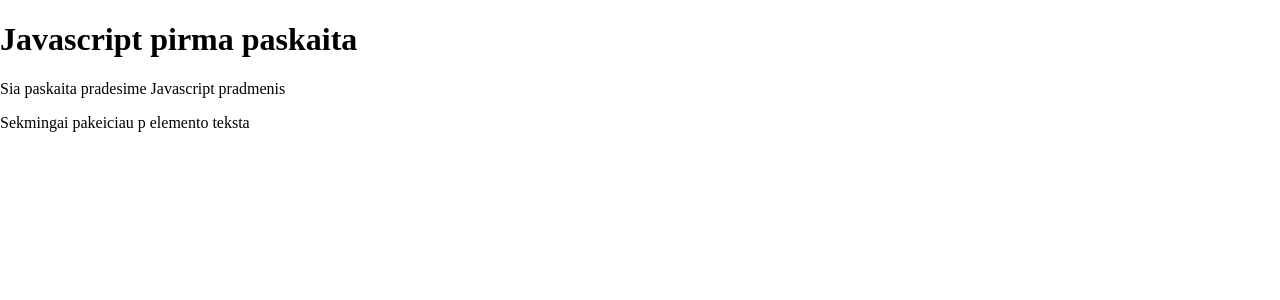
Repository: motiejus1/16-paskaita-05.31
Page: index.html
These files come from the project's save history. The page is drawn as it stood at one moment and after a run of saves; the edit follows.
The browser window is 1280 px wide. The pictures show the whole page.

Above is the page before, as saved 2021-06-28 18:46:48.

### index.html
<!DOCTYPE html>
<html lang="en">
<head>
    <meta charset="UTF-8">
    <meta http-equiv="X-UA-Compatible" content="IE=edge">
    <meta name="viewport" content="width=device-width, initial-scale=1.0">
    <title>16 paskaita</title>
    <style>
        body {
            max-width: 1920px;
            margin: auto;
        }

        .keiciamas-turinys {

        }
    </style>

</head>
<body>
    <h1>Javascript pirma paskaita</h1>
    <p>Sia paskaita pradesime Javascript pradmenis</p>

    <p class="keiciamas-turinys">Cia keiciamas turinys</p>
    <script>
        //
        //pasirinkome elementa
        document.querySelector(".keiciamas-turinys").innerHTML = "Sekmingai pakeiciau p elemento teksta";
        document.querySelector(".keiciamas-turinys").innerHTML = "Sekmingai pakeiciau p elemento teksta";


        //pasirinkta elementa isvedame i console
        console.log(document.querySelector(".keiciamas-turinys").innerHTML); //??? "Sekmingai pakeiciau p elemento teksta"



        //1.Priskyrimas - mes pasirenkame kazkoki elementa is turinio
        //2. Atliekami pakeitimai;
        //3. Yra atvaizduojami - console.log; tiesiai i dizaina

    </script>
</body>
</html>

After the next 2 saves:
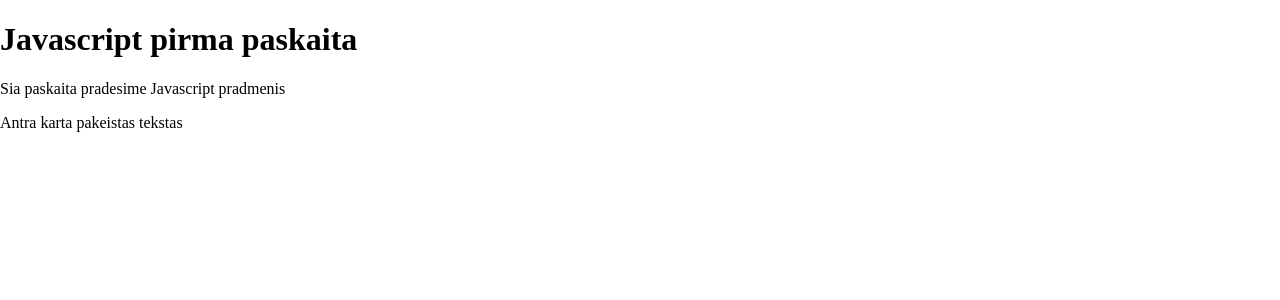
The 2 saves are shown as one change because they came seconds apart.
The last was saved 15 s later.
--- a/index.html
+++ b/index.html
@@ -26,7 +26,9 @@
         //
         //pasirinkome elementa
         document.querySelector(".keiciamas-turinys").innerHTML = "Sekmingai pakeiciau p elemento teksta";
-        document.querySelector(".keiciamas-turinys").innerHTML = "Sekmingai pakeiciau p elemento teksta";
+
+
+        document.querySelector(".keiciamas-turinys").innerHTML = "Antra karta pakeistas tekstas";
 
 
         //pasirinkta elementa isvedame i console
